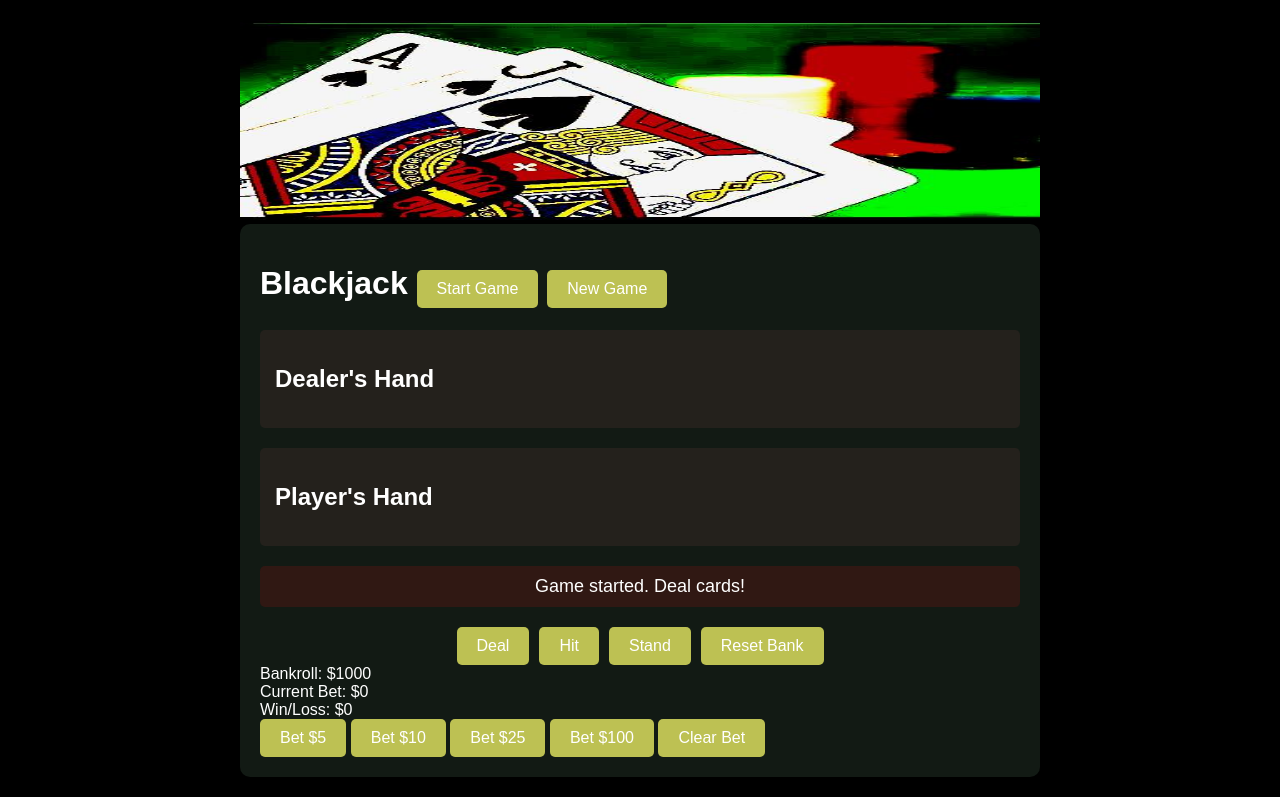
Repository: fahad7252/project-1-blackjack
Page: index.html
The author's editor kept a copy of each file at every save. The page is drawn from the files as they stood at one save, then again after the next save.
The browser window is 1280 px wide. The pictures show the whole page.

Above is the page before, as saved 2024-12-02 15:25:44.

### index.html
<!DOCTYPE html>
<html lang="en">
<head>
    <meta charset="UTF-8">
    <meta name="viewport" content="width=device-width, initial-scale=1.0">
    <title>Blackjack Game</title>
    <link rel="stylesheet" href="css/main.css">

</head>
<body>
    <img src="blackjack.JPG"  class="landing-image">
    <div class="game-board">
        <h1>Blackjack <button id="start-button">Start Game</button>
             <button id="new-game-button">New Game</button> </h1>
         <div class="hand">
            <h2>Dealer's Hand</h2>
            <div id="dealer-hand"></div>
        </div>

        <div class="hand">
            <h2>Player's Hand</h2>
            <div id="player-hand"></div>
        </div>

        <div id="message">Game started. Deal cards!</div>

        <div class="controls">
            <button id="deal-button">Deal</button>
            <button id="hit-button">Hit</button>
            <button id="stand-button">Stand</button>


            <button id="reset-bank-button">Reset Bank</button>
        </div>
        <div class="bank-stats">
            <div>Bankroll: $<span id="bankroll">1000</span></div>
            <div>Current Bet: $<span id="current-bet">0</span></div>
            <div>Win/Loss: $<span id="win-loss">0</span></div>
        </div>

        <div class="betting-controls">
            <button id="bet-5">Bet $5</button>
            <button id="bet-10">Bet $10</button>
            <button id="bet-25">Bet $25</button>
            <button id="bet-100">Bet $100</button>
            <button id="clear-bet">Clear Bet</button>
        </div>
    </div>

    <script defer src="js/main.js"></script>
</body>
</html>

### css/main.css
body {
    font-family: Arial, sans-serif;
    max-width: 800px;
    margin: 0 auto;
    padding: 20px;
    background-color: #000000;
    color: white;
}
.landing-image { width: 100%;
     height: auto;
     max-height: 200px;
}
.game-board {
    background-color: #121a14;
    padding: 20px;
    border-radius: 10px;
    box-shadow: 0 0 10px rgba(0, 0, 0, 0.3);
    height: auto;
}
.hand {
    margin: 20px 0;
    padding: 15px;
    background-color: rgba(113, 62, 62, 0.2);
    border-radius: 5px;
}
.controls {
    display: flex;
    gap: 10px;
    justify-content: center;
    margin-top: 20px;
}
button {
    padding: 10px 20px;
    font-size: 16px;
    cursor: pointer;
    background-color: #bdc153;
    color: white;
    border: none;
    border-radius: 5px;
}
button:disabled {
    background-color: #cccccc;
    cursor: not-allowed;
}
#message {
    text-align: center;
    font-size: 18px;
    margin: 20px 0;
    padding: 10px;
    background-color: rgba(168, 17, 17, 0.2);
    border-radius: 5px;
}

### js/main.js
 /*----- constants -----*/
  const suits = ["Hearts", "Diamond", "Clubs", "Spades"];
  const values = ["2", "3", "4", "5", "6", "7", "8", "9", "10", "J", "Q", "K", "A"];

  /*----- state variables -----*/

   let deck = [];
   let playerHand = [];
   let dealerHand = [];
   let bankroll = 1000;
   let currentBet = 0;
   let winLoss = 0;

  /*----- cached elements  -----*/
const messageElement = document.getElementById('message');
const dealerHandElement = document.getElementById('dealer-hand');
const playerHandElement = document.getElementById('player-hand');
const bankrollElement = document.getElementById('bankroll');
const currentBetElement = document.getElementById('current-bet');
const winLossElement = document.getElementById('win-loss');

  /*----- event listeners -----*/


  /*----- functions -----*/
  function init() {
    createDeck();
    shuffleDeck();
     playerHand = [];
      dealerHand = [];
       message.textContent = 'Game started. Deal cards!';
        updateHands();
       render()
  }

After the next save:
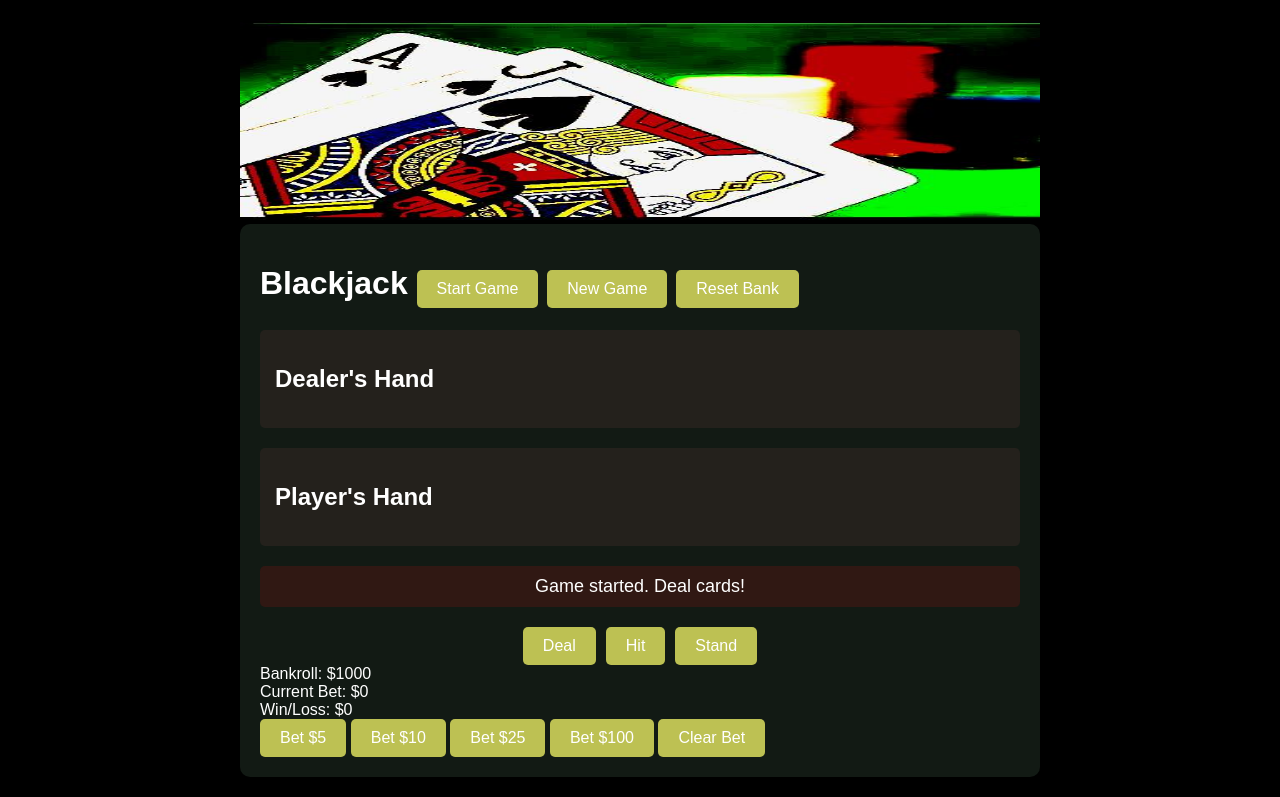
Saved 44 s later.
--- a/index.html
+++ b/index.html
@@ -11,7 +11,8 @@
     <img src="blackjack.JPG"  class="landing-image">
     <div class="game-board">
         <h1>Blackjack <button id="start-button">Start Game</button>
-             <button id="new-game-button">New Game</button> </h1>
+             <button id="new-game-button">New Game</button>
+             <button id="reset-bank-button">Reset Bank</button></h1>
          <div class="hand">
             <h2>Dealer's Hand</h2>
             <div id="dealer-hand"></div>
@@ -29,8 +30,6 @@
             <button id="hit-button">Hit</button>
             <button id="stand-button">Stand</button>
 
-
-            <button id="reset-bank-button">Reset Bank</button>
         </div>
         <div class="bank-stats">
             <div>Bankroll: $<span id="bankroll">1000</span></div>
